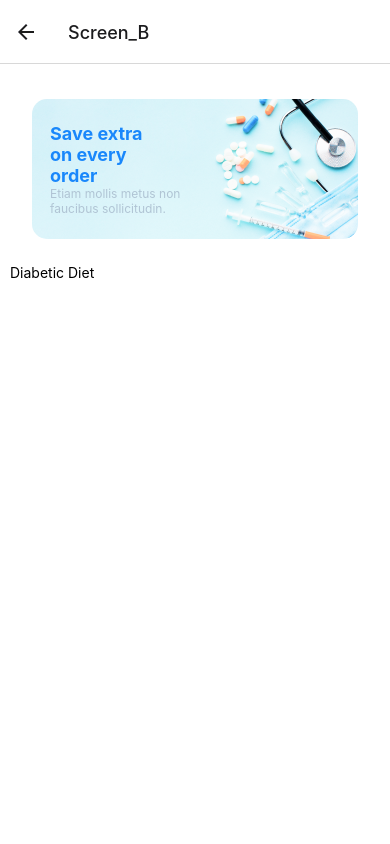
Repository: ntu34543/designReactNative
Screen: /Screen_B
The author's editor kept a copy of each file at every save. The screen is drawn from the files as they stood at one save, then again after the next save.
The app was drawn by React Native's web renderer in a window 390 px wide. The project was rebuilt for these pictures with package versions that can differ from the ones it lists, and the page was loaded fresh each time.

Above is the screen before, as saved 2022-10-18 16:52:15.

After the next save:
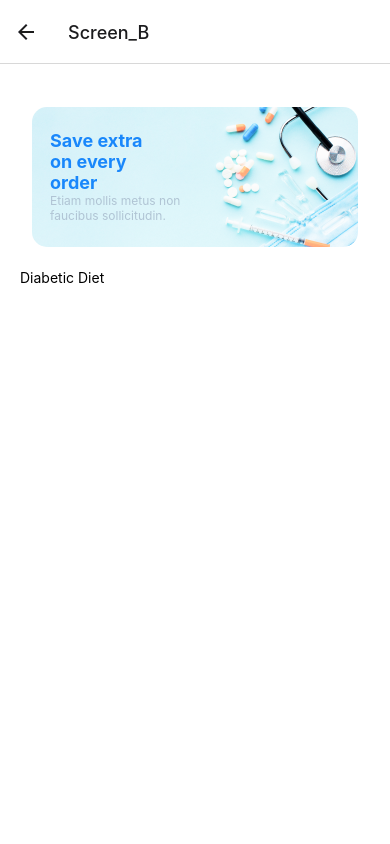
Saved 5 s later.
--- a/page/DiabetesCare.js
+++ b/page/DiabetesCare.js
@@ -31,7 +31,7 @@ const styles = StyleSheet.create({
   body: {
     flex: 1,
     backgroundColor: "white",
-    padding: 10,
+    padding: 20,
   },
   text: {
     fontSize: 30,
